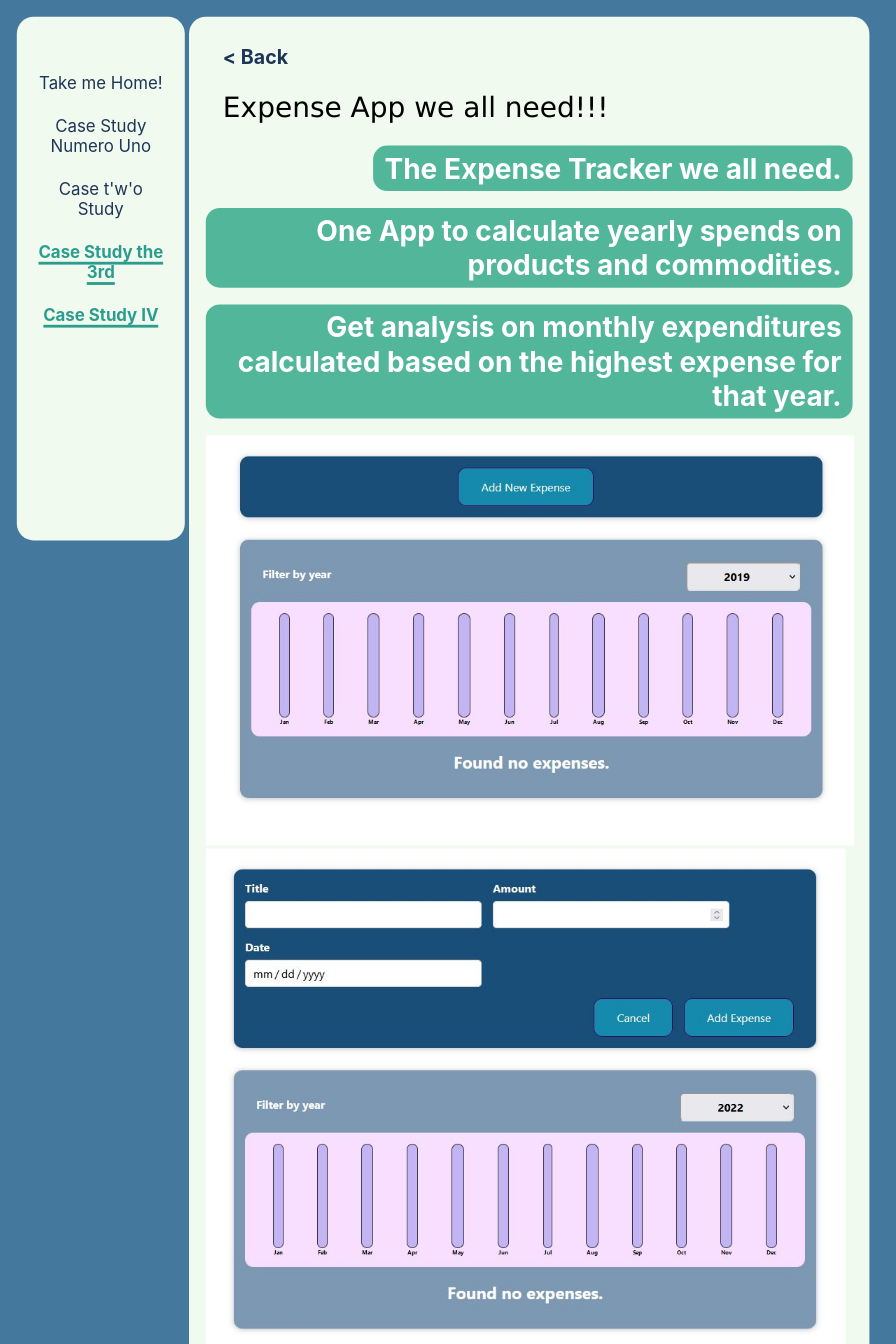
Repository: niranjangp/portfolioReact
Page: /cs-three
The author's editor kept a copy of each file at every save. The page is drawn from the files as they stood at one save, then again after the next save.
The browser window is 1280 px wide. The pictures show the part of the page from y = 0 to 1920 px (the page is 4255 px tall before and 4315 px after), at 70% of full size.
The project was rebuilt for these pictures with package versions that can differ from the ones it lists, and the page was loaded fresh each time. Also part of the build but not shown: src/pages/enterDesign.jsx, src/pages/csOne.jsx, src/pages/csTwo.jsx, src/pages/notFound.jsx.

Above is the page before, as saved 2022-02-01 18:25:36.

### public/index.html
<!DOCTYPE html>
<html lang="en">
  <head>
    <meta charset="utf-8" />
    <!--<link rel="icon" href="%PUBLIC_URL%/favicon.ico" />-->
    <meta name="viewport" content="width=device-width, initial-scale=1" />
    <meta name="theme-color" content="#000000" />
    <meta
      name="description"
      content="Web site created using create-react-app"
    />
    <!--<link rel="apple-touch-icon" href="%PUBLIC_URL%/logo192.png" />-->
    <!--
      manifest.json provides metadata used when your web app is installed on a
      user's mobile device or desktop. See https://developers.google.com/web/fundamentals/web-app-manifest/
    -->
    <link rel="manifest" href="%PUBLIC_URL%/manifest.json" />
    <!--
      Notice the use of %PUBLIC_URL% in the tags above.
      It will be replaced with the URL of the `public` folder during the build.
      Only files inside the `public` folder can be referenced from the HTML.

      Unlike "/favicon.ico" or "favicon.ico", "%PUBLIC_URL%/favicon.ico" will
      work correctly both with client-side routing and a non-root public URL.
      Learn how to configure a non-root public URL by running `npm run build`.
    -->
    <title>Portfolio</title>
  </head>
  <body>
    <noscript>You need to enable JavaScript to run this app.</noscript>
    <div id="root"></div>
    <!--
      This HTML file is a template.
      If you open it directly in the browser, you will see an empty page.

      You can add webfonts, meta tags, or analytics to this file.
      The build step will place the bundled scripts into the <body> tag.

      To begin the development, run `npm start` or `yarn start`.
      To create a production bundle, use `npm run build` or `yarn build`.
    -->
  </body>
</html>

### src/index.css
body {
  margin: 0;
  font-family: -apple-system, BlinkMacSystemFont, 'Segoe UI', 'Roboto', 'Oxygen',
    'Ubuntu', 'Cantarell', 'Fira Sans', 'Droid Sans', 'Helvetica Neue',
    sans-serif;
  -webkit-font-smoothing: antialiased;
  -moz-osx-font-smoothing: grayscale;
  box-sizing: border-box;
}

code {
  font-family: source-code-pro, Menlo, Monaco, Consolas, 'Courier New',
    monospace;
}

p {
  margin: 0;
}

### src/App.js
import './App.css';

import { Route, NavLink, Switch, Redirect } from 'react-router-dom';
import EnterTheDesign from './pages/enterDesign';
import CSOne from './pages/csOne';
import CSTwo from './pages/csTwo';
import CSThree from './pages/csThree';
import NotFound from './pages/notFound';

function App() {
  const flatIconLink = "https://www.flaticon.com/free-icons/programmer";
  const wfhIconLink = "https://www.flaticon.com/free-icons/work-from-home";


  return (
    <div className='App'>
      <div className="containerOne">
        <nav className='navigation'>
          <div className='navDiv'>
            <NavLink activeClassName="nav-link active" className="nav-link" to="/enter-the-design">Take me Home!</NavLink>
          </div>
          <div className='navDiv'>
            <NavLink activeClassName="nav-link active" className="nav-link" to="/cs-one">Case Study Numero Uno</NavLink>
          </div>
          <div className='navDiv'>
            <NavLink activeClassName="nav-link active" className="nav-link" to="/cs-two">Case t'w'o Study</NavLink>
          </div>
          <div className='navDiv'>
            <NavLink activeClassName="nav-link active" className="nav-link" to="/cs-three">Case Study the 3rd</NavLink>
          </div>
          <div className='navDiv'>
            <NavLink activeClassName="nav-link active" className="nav-link" to="/cs-three">Case Study IV</NavLink>
          </div>
        </nav>
        <main className='mainOne'>
          <Switch>
            <Route exact path="/" ><Redirect to="/enter-the-design" /></Route>
            <Route path="/enter-the-design" ><EnterTheDesign /></Route>
            <Route exact path="/cs-one" ><CSOne /></Route>
            <Route exact path="/cs-two" ><CSTwo /></Route>
            <Route exact path="/cs-three"><CSThree /></Route>

            <Route path="*"><NotFound /></Route>
          </Switch>
          {/*<div className='firstRow'>
            <div className="width-60">
              <p className='fr-info'>NIRANJAN G P, IS A UI DEVELOPER AT DELOITTE USI</p>
            </div>
            <div className="width-40 img-block">
              <img src={avatarIcon} alt="avatar-icon" className='avtr-img' />
            </div>
          </div>
          <div className='sec-row'>
            <p>Hi, this is Niranjan.</p>
            <p>I Joined Deloitte USI as a campus recruit. Since then I've been part of many innovative and high-intensity projects, coordinating between multiple virtual teams to help complete client deliverables.</p>
            <p>I've been part of the FRONT-END community since 2017 and constantly learning and developing UI and gradually having a go at UX design parallely.</p>
            <p>Currently based in Bengaluru, I have a big love for travel and adventure, also keeping in mind to do my bit to conserve the environment.</p>
            <p>Thanks for stopping by.</p>
          </div>*/}

        </main>
        <footer>
          <div className='footer-info'>
            {/*<p>Niranjan G P</p>*/}
            <p>Design & Develop    |   mailtonirgp@gmail.com</p>
            <p>Please consider the Environment while printing.</p>
          </div>
          <div className='credits'>
            <a href={flatIconLink} title="programmer icons">Programmer icons created by Flat Icons - Flaticon</a>
            <a href={wfhIconLink} title="work from home icons">Work from home icons created by Freepik - Flaticon</a>
            <a href="https://www.flaticon.com/free-icons/fruit" title="fruit icons">Fruit icons created by Freepik - Flaticon</a>
            <a href="https://www.flaticon.com/free-icons/digital-money" title="digital money icons">Digital money icons created by Freepik - Flaticon</a>
          </div>
        </footer>
      </div>

    </div>
  );
}

export default App;

### src/App.css
.containerOne {
  background-color: #45789d;
  padding: 24px;
  position: relative;
}

.mainOne {
  width: 75%;
  margin-left: 20%;
  background-color: #F1FAEE;
  height: 100%;
  border-radius: 1.5rem;
  padding: 24px;
}

.navigation {
  position: absolute;
  top: 24px;
  left: 24px;
  width: 15%;
  height: 660px;
  background-color: #F1FAEE;
  border-radius: 1.5rem;
  padding: 64px 24px 24px;
}

.navDiv {
  padding: 16px 0;
  text-align: center;
}

.nav-link {
  font-size: 24px;
  text-decoration: none;
  color: #1d3557;
}

.nav-link.active {
  color: #2a9d8f;
  font-weight: bold;
  border-bottom: 4px solid #2a9d8f;
}

.fr-info {
  font-size: 3rem;
  font-family: 'Gill Sans', 'Gill Sans MT', Calibri, 'Trebuchet MS', sans-serif;
  padding: 24px 24px 24px 48px;
  color: #1d3557;
}

.firstRow {
  display: flex;
  align-items: center;
  padding: 64px 0;
}

.width-60 {
  width: 60%;
}

.width-40 {
  width: 40%;
}

.fullWidth {
  width: 100%;
}

.img-block {
  text-align: center;
}

.sec-row {
  background-color: #1d3557;
  color: #f1faee;
  border-radius: 0.75rem;
  padding: 64px;
  font-family: 'Lucida Sans', 'Lucida Sans Regular', 'Lucida Grande', 'Lucida Sans Unicode', Geneva, Verdana, sans-serif;
  font-size: 28px;
  text-align: justify;
}

.sec-row p {
  padding: 16px;
}

.centered {
  margin: 3rem auto;
  text-align: center;
  display: flex;
  justify-content: center;
  align-items: center;
}

.linkSel {
  text-decoration: underline;
  font-weight: bold;
}

.third-row {
  display: flex;
  flex-wrap: wrap;
  padding: 96px 24px 0;
}

.card-box {
  width: 50%;
  text-align: center;
  height: 600px;
}

.card {
  width: 400px;
  height: 450px;
  background-color: #ffddd2;
  border-radius: 20px;
  box-shadow: 4px 4px 4px 4px rgba(0, 0, 0, 0.2);
  margin: 3rem auto;
  flex-grow: 1;
  flex-shrink: 1;
  transition: width 500ms ease 0s;
}

.card:hover {
  box-shadow: 4px 4px 4px 8px rgba(0, 0, 0, 0.2);
  width: 420px;
  height: 470px;
  cursor: pointer;
}

.card a {
  text-decoration: none;
}

.card p {
  font-size: 32px;
  padding: 24px;
  color: #1d3557;
  font-family: Verdana, Geneva, Tahoma, sans-serif;
}

.card-icon {
  width: 256px;
  margin-top: 40px;
}

.intro-cs {
  text-align: center;
  font-size: 40px;
  color: #1d3557;
  font-family: 'Trebuchet MS', 'Lucida Sans Unicode', 'Lucida Grande', 'Lucida Sans', Arial, sans-serif;
}

footer {
  width: 75%;
  margin-left: 20%;
  background-color: #cfdbd5;
  height: 100%;
  border-radius: 1.5rem;
  padding: 24px;
  margin-top: 64px;
  color: #223843;
}

.footer-info {
  font-size: 1.5rem;
}

.footer-info p {
  padding: 1rem;
}

.credits {
  padding-left: 16px;
}

.credits a {
  text-decoration: none;
  display: block;
}

.csOne {
  min-height: 660px;
  height: 100%;
  color: #1d3557;
}

.backLink {
  font-size: 28px;
  font-weight: bold;
  padding: 16px 16px 16px 24px;
}

.backLink a {
  text-decoration: none;
  color: #1d3557;

}

.csOneHeader, .csTwoHeader, .cs3Header {
  font-size: 40px;
  padding: 16px 16px 32px 24px;
}

.csOneBody {
  padding: 0 24px;
}

.csOneH {
  font-size: 32px;
  padding-bottom: 8px;
  border-bottom: 2px solid #1d3557;
  margin-bottom: 16px;
  display: inline-block;
}

.csOneC {
  font-size: 28px;
}

.pd-bt {
  padding-bottom: 48px;
}

.pd-bt-small {
  padding-bottom: 24px;
}

.clrp {
  width: 100px;
  height: 40px;
  border-top-right-radius: 20px;
  border-bottom-right-radius: 20px;
  margin-right: 24px;
}

.fir {
  background-color: #0070D2;
}

.sec {
  background-color: #16325C;
}

.thi {
  background-color: #526173;
}

.fou {
  font-family: sans-serif;
  padding-right: 24px;
}

.dp-flx {
  display: flex;
  margin: 16px 40px;
  align-items: center;
}

.flx-bx {
  display: flex;
  align-items: center;
  justify-content: space-evenly;
  margin-bottom: 48px;
}

.flx-bx div {
  font-size: 32px;
}

.mrDesk {
  width: 800px;
}

.last-text {
  font-size: 28px;
  color: #f07167;
  margin: 0 64px 24px;
  text-align: center;
}

.csTwo {
  font-family: 'Franklin Gothic Medium', 'Arial Narrow', Arial, sans-serif;
}

.csTwoHeader {
  color: #e76f51;
}

.csTwoPara {
  color: #0081a7;
  font-size: 28px;
  padding-bottom: 8px;
}

.padd-div {
  padding: 16px 24px 56px;
}

.csTwoRowTwo {
  color: #c81d25;
  font-size: 32px;
  padding-bottom: 16px;
  border-bottom: 2px solid #c81d25;
  margin-bottom: 48px;
}

.textCen {
  text-align: center;
}

.screenName {
  font-size: 24px;
  width: 80%;
  margin: 0 auto;
  margin-bottom: 0px;
  background-color: #284b63;
  color: #fff;
  border-top-left-radius: 12px;
  border-top-right-radius: 12px;
  padding: 8px 0;
}

.scrIcon {
  width: 80%;
  margin: 8px 0 64px;
}

.cs3Header {
  font-family: 'Lucida Sans', 'Lucida Sans Regular', 'Lucida Grande', 'Lucida Sans Unicode', Geneva, Verdana, sans-serif;
}


.right-content {
  text-align: right;
}

.exp-para {
  font-size: 40px;
  display: inline-block;
  background-color: #52b69a;
  padding: 8px 16px;
  border-radius: 20px;
  color: #fff;
  font-weight: bold;
  margin-bottom: 24px;
}

/*.containerOne {
  background-color: #F1FAEE;
}
.mainOne {
  background-color: #a8dadc;
  width: 75%;
  margin-left: 20%;
  /-*background-color: #45789d;*-/
  height: 660px;
}

.p1 {
  color: #1d3557;
}
.p2 {
  color: #f1faee;
}*/

/*.App-logo {
  height: 40vmin;
  pointer-events: none;
}

@media (prefers-reduced-motion: no-preference) {
  .App-logo {
    animation: App-logo-spin infinite 20s linear;
  }
}

.App-header {
  background-color: #282c34;
  min-height: 100vh;
  display: flex;
  flex-direction: column;
  align-items: center;
  justify-content: center;
  font-size: calc(10px + 2vmin);
  color: white;
}

.App-link {
  color: #61dafb;
}*/

@keyframes App-logo-spin {
  from {
    transform: rotate(0deg);
  }

  to {
    transform: rotate(360deg);
  }
}

### src/pages/csThree.jsx
import React from 'react';
import { Link } from 'react-router-dom';
import ExpHome from '../assets/expHome.JPG';
import AddExp from '../assets/addExp.JPG';
import SingleExp from '../assets/singleExp.JPG';
import MultiExp from '../assets/multiExp.JPG'


const csThree = () => {
    return (
        <div className='cs3'>
            <div className="backLink"><Link to="/enter-the-design">{'< Back'}</Link></div>
            <div className='cs3Header'>Expense App we all need!!!</div>
            <div className="exp-body">
                <div className="right-content">
                    <p className="exp-para">The Expense Tracker we all need.</p>
                    <p className="exp-para">One App to calculate yearly spends on products and commodities.</p>
                    <p className="exp-para">Get analysis on monthly expenditures calculated based on the highest expense for that year.</p>
                </div>
                <div>
                    <div><img src={ExpHome} alt="expense-home" /></div>
                    <div><img src={AddExp} alt="add-expense" /></div>
                    <div><img src={SingleExp} alt="single-exp" /></div>
                    <div><img src={MultiExp} alt="multi-exp" /></div>
                </div>
                <div>
                    <p className="exp-para">The design is card and container based and darker hues are used for color schemes.</p>
                    <p className="exp-para">App is built using ReactJS, implementing CSS design guidelines too.</p>
                </div>
            </div>
            <div className="last-text">To go back, scroll up to find the Back button near the top of the screen or use the navigation links to take you to the home page or to the desired webpage!!!</div>
        </div>
    )
};

export default csThree;

Loaded but not shown: src/index.js (common file); src/reportWebVitals.js (common file)

After the next save:
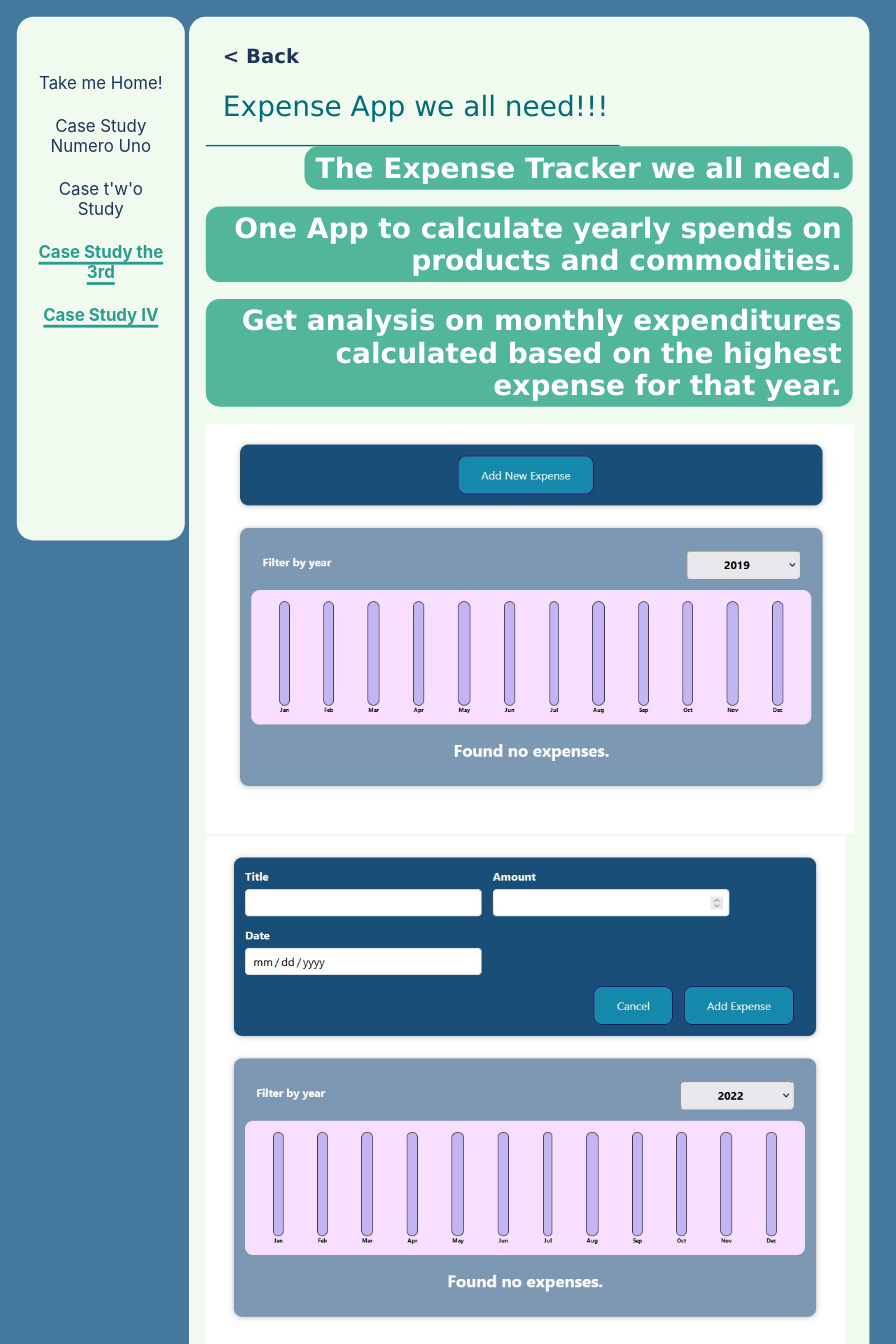
Saved 3 min 1 s later.
--- a/src/App.css
+++ b/src/App.css
@@ -326,8 +326,14 @@ footer {
   margin: 8px 0 64px;
 }
 
+.cs3 {
+  font-family: 'Lucida Sans', 'Lucida Sans Regular', 'Lucida Grande', 'Lucida Sans Unicode', Geneva, Verdana, sans-serif;
+}
+
 .cs3Header {
-  font-family: 'Lucida Sans', 'Lucida Sans Regular', 'Lucida Grande', 'Lucida Sans Unicode', Geneva, Verdana, sans-serif;
+  color: #006d77;
+  border-bottom: 2px solid #006d77;
+  display: inline-block;
 }
 
 
